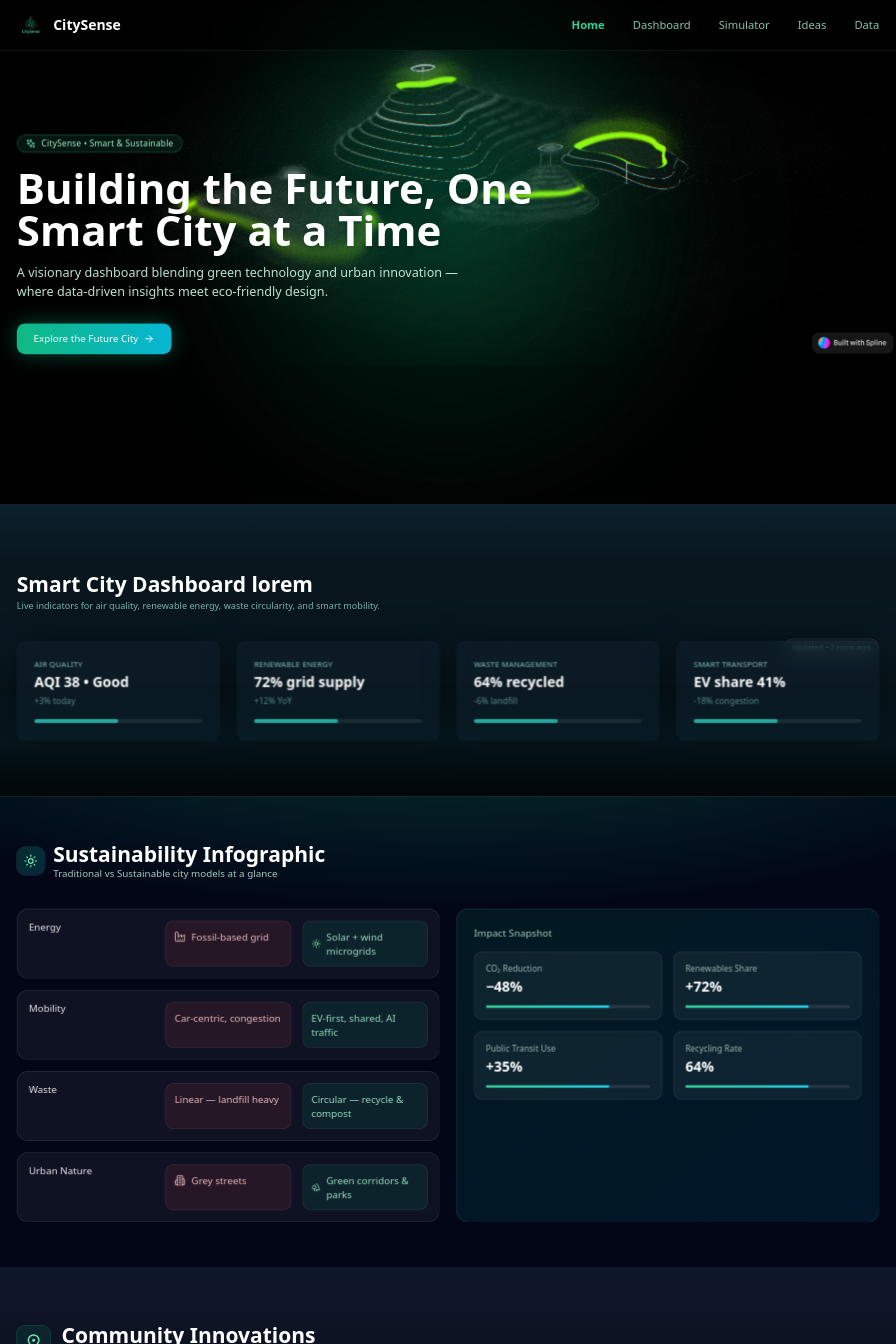
Repository: crashyet/CitySense
Page: /
These files come from the project's save history. The page is drawn as it stood at one moment and after a run of saves; the edit follows.
The browser window is 1280 px wide. The pictures show the part of the page from y = 0 to 1920 px (the page is 2586 px tall), at 70% of full size.
The project was rebuilt for these pictures with package versions that can differ from the ones it lists, and the page was loaded fresh each time. Also part of the build but not shown: vite.config.js, src/components/EnergyPieChart.jsx, src/components/TrafficCongestionChart.jsx, src/components/WeeklyAQIChart.jsx, src/pages/Dashboardpack/index.jsx, src/pages/Simulator/index.jsx, src/pages/Ideas/index.jsx, src/pages/Data/index.jsx.

Above is the page before, as saved 2025-11-18 19:08:25.

### src/App.jsx
import { Routes, Route } from "react-router-dom";

import Landing from "./pages/landing";
import Dashboard from "./pages/Dashboardpack";
import Simulator from "./pages/Simulator";
import Ideas from "./pages/Ideas";
import DataPage from "./pages/Data";

export default function App() {
  return (
    <Routes>
      <Route path="/" element={<Landing />} />
      <Route path="/dashboard" element={<Dashboard />} />
      <Route path="/simulator" element={<Simulator />} />
      <Route path="/ideas" element={<Ideas />} />
      <Route path="/data" element={<DataPage />} />
    </Routes>
  );
}

### src/pages/landing/index.jsx
import Navbar from "../../components/Navbar";
import Footer from "../../components/Footer";

import Hero from "./Hero";
import DashboardPreview from "./DashboardPreview";
import Infographic from "./Infographic";
import Community from "./Community";

export default function Landing() {
  return (
    <>
      <Navbar />

      {/* Section dari halaman Landing */}
      <Hero />
      <DashboardPreview />
      <Infographic />
      <Community />

      <Footer />
    </>
  );
}

### src/components/Navbar.jsx
import { NavLink } from "react-router-dom";
import { useState } from "react";
import Logo from "../assets/logo.png"; // sesuaikan path logo

export default function Navbar() {
  const [open, setOpen] = useState(false);

  const linkClass = ({ isActive }) =>
    isActive
      ? "text-emerald-400 font-semibold"
      : "text-emerald-200/80 hover:text-white";

  return (
    <header className="fixed w-full z-50 bg-black/40 backdrop-blur-xl border-b border-emerald-400/20 px-6 py-4">
      <div className="max-w-7xl mx-auto flex justify-between items-center">

        {/* LOGO */}
        <NavLink to="/" className="flex items-center gap-3">
          <img src={Logo} className="w-10 h-10" />
          <span className="text-xl text-white font-semibold">CitySense</span>
        </NavLink>

        {/* DESKTOP NAV */}
        <nav className="hidden md:flex gap-10">
          <NavLink to="/" className={linkClass}>Home</NavLink>
          <NavLink to="/dashboard" className={linkClass}>Dashboard</NavLink>
          <NavLink to="/simulator" className={linkClass}>Simulator</NavLink>
          <NavLink to="/ideas" className={linkClass}>Ideas</NavLink>
          <NavLink to="/data" className={linkClass}>Data</NavLink>
        </nav>

        {/* MOBILE BUTTON */}
        <button className="md:hidden text-white" onClick={() => setOpen(!open)}>
          {open ? "✖" : "☰"}
        </button>
      </div>

      {/* MOBILE NAV */}
      {open && (
        <div className="md:hidden bg-black/60 backdrop-blur-lg px-6 pb-4 flex flex-col gap-3">
          <NavLink onClick={() => setOpen(false)} to="/" className="text-white">Home</NavLink>
          <NavLink onClick={() => setOpen(false)} to="/dashboard" className="text-white">Dashboard</NavLink>
          <NavLink onClick={() => setOpen(false)} to="/simulator" className="text-white">Simulator</NavLink>
          <NavLink onClick={() => setOpen(false)} to="/ideas" className="text-white">Ideas</NavLink>
          <NavLink onClick={() => setOpen(false)} to="/data" className="text-white">Data</NavLink>
        </div>
      )}
    </header>
  );
}

### src/components/Footer.jsx
import React from "react";

const Footer = () => {
  return (
    <footer id="contact" className="relative w-full bg-black text-white">
      <div className="mx-auto max-w-7xl px-6 py-12">

        <div className="grid grid-cols-1 gap-8 md:grid-cols-4">

          {/* Brand */}
          <div className="col-span-2">
            <h4 className="text-xl font-semibold">CitySense</h4>
            <p className="mt-2 max-w-md text-sm text-emerald-100/80">
              A concept dashboard for smart and sustainable cities — blending
              technology and nature in perfect harmony.
            </p>
          </div>

          {/* Contact */}
          <div>
            <p className="text-sm font-medium text-white/90">Contact</p>
            <ul className="mt-3 space-y-2 text-sm text-emerald-100/80">

              <li className="flex items-center gap-2">
                <svg xmlns="http://www.w3.org/2000/svg" width="24" height="24"
                  viewBox="0 0 24 24" fill="none" stroke="currentColor"
                  strokeWidth="2" strokeLinecap="round" strokeLinejoin="round"
                  className="lucide lucide-mail h-4 w-4 text-emerald-300">
                  <rect width="20" height="16" x="2" y="4" rx="2"></rect>
                  <path d="m22 7-8.97 5.7a1.94 1.94 0 0 1-2.06
                    0L2 7"></path>
                </svg>
                hello@citysense.io
              </li>

              <li className="flex items-center gap-2">
                <svg xmlns="http://www.w3.org/2000/svg" width="24" height="24"
                  viewBox="0 0 24 24" fill="none" stroke="currentColor"
                  strokeWidth="2" strokeLinecap="round" strokeLinejoin="round"
                  className="lucide lucide-phone h-4 w-4 text-emerald-300">
                  <path d="M22 16.92v3a2 2 0 0 1-2.18
                    2 19.79 19.79 0 0 1-8.63-3.07 19.5
                    19.5 0 0 1-6-6 19.79 19.79 0 0
                    1-3.07-8.67A2 2 0 0 1 4.11 2h3a2
                    2 0 0 1 2 1.72 12.84 12.84 0 0
                    0 .7 2.81 2 2 0 0 1-.45
                    2.11L8.09 9.91a16 16 0 0 0 6
                    6l1.27-1.27a2 2 0 0 1 2.11-.45
                    12.84 12.84 0 0 0 2.81.7A2
                    2 0 0 1 22 16.92z"></path>
                </svg>
                +1 (555) 123-4567
              </li>

              <li className="flex items-center gap-2">
                <svg xmlns="http://www.w3.org/2000/svg" width="24" height="24"
                  viewBox="0 0 24 24" fill="none" stroke="currentColor"
                  strokeWidth="2" strokeLinecap="round" strokeLinejoin="round"
                  className="lucide lucide-map-pin h-4 w-4 text-emerald-300">
                  <path d="M20 10c0 6-8 12-8
                    12s-8-6-8-12a8 8 0 0 1
                    16 0Z"></path>
                  <circle cx="12" cy="10" r="3"></circle>
                </svg>
                101 Greenway, Future City
              </li>

            </ul>
          </div>

          {/* Copyright */}
          <div className="md:text-right">
            <p className="text-sm text-emerald-100/80">
              © 2025 CitySense — Smart City, Greener Future.
            </p>
          </div>

        </div>
      </div>
    </footer>
  );
};

export default Footer;

### src/pages/landing/Hero.jsx
// src/components/Hero.jsx
import React from "react";
import Background from "/src/assets/background.png";

const Hero = () => {
  return (
    <section
      className="
        relative
        min-h-screen      /* FULL LAYAR */
        w-full
        overflow-hidden
        bg-black
        text-white
      "
    >
      {/* Gradient Background */}
      <div className="absolute inset-0 pointer-events-none bg-gradient-to-b from-black via-black/40 to-black">
        <div style={{ width: "100%", height: "100%", overflow: "hidden" }}>
          <img src={Background} alt="" className="" />
        </div>
      </div>

      {/* Radial Glow */}
      <div
        className="
          absolute left-1/2 top-[45%]         /* supaya glow tetap di sekitar teks */
          h-[55rem] w-[55rem]
          -translate-x-1/2 -translate-y-1/2
          rounded-full
          bg-[radial-gradient(closest-side,rgba(16,185,129,0.18),transparent)]
          blur-3xl
          contrast-125
        "
      ></div>

      {/* CONTENT – tanpa flex items-center supaya posisi tetap seperti desain */}
      <div className="relative mx-auto max-w-7xl px-6 pt-32 pb-40 sm:pt-40 sm:pb-44 md:pt-48 md:pb-52">

        {/* Badge */}
        <span
          className="
            mb-5 inline-flex items-center gap-2 rounded-full
            border border-emerald-400/30 bg-emerald-400/10
            px-3 py-1 text-xs tracking-wide text-emerald-200
            backdrop-blur
          "
        >
          <svg
            xmlns="http://www.w3.org/2000/svg"
            width="20"
            height="20"
            viewBox="0 0 24 24"
            fill="none"
            stroke="currentColor"
            strokeWidth="2"
            strokeLinecap="round"
            strokeLinejoin="round"
            className="lucide lucide-sparkles h-3.5 w-3.5 text-emerald-300"
          >
            <path d="m12 3-1.912 5.813a2 2 0 0 1-1.275 1.275L3 12l5.813 1.912a2 2 0 0 1 1.275 1.275L12 21l1.912-5.813a2 2 0 0 1 1.275-1.275L21 12l-5.813-1.912a2 2 0 0 1-1.275-1.275L12 3Z"></path>
            <path d="M5 3v4"></path>
            <path d="M19 17v4"></path>
            <path d="M3 5h4"></path>
            <path d="M17 19h4"></path>
          </svg>
          CitySense • Smart & Sustainable
        </span>

        {/* Title */}
        <h1 className="max-w-4xl text-4xl font-semibold leading-tight text-white drop-shadow-md md:text-6xl">
          Building the Future, One Smart City at a Time
        </h1>

        {/* Description */}
        <p className="mt-4 max-w-2xl text-base text-emerald-100/90 md:text-lg leading-relaxed">
          A visionary dashboard blending green technology and urban innovation —
          where data-driven insights meet eco-friendly design.
        </p>

        {/* Button */}
        <div className="mt-8">
          <a
            href="#dashboard"
            className="
              group inline-flex items-center gap-2 rounded-xl
              bg-gradient-to-r from-emerald-500 to-cyan-500
              px-6 py-3 text-sm font-medium text-white
              shadow-[0_0_30px_rgba(16,185,129,0.4)]
              transition hover:shadow-[0_0_45px_rgba(16,185,129,0.6)]
              focus:outline-none focus:ring-2 focus:ring-emerald-400/60
            "
          >
            Explore the Future City
            <svg
              xmlns="http://www.w3.org/2000/svg"
              width="24"
              height="24"
              viewBox="0 0 24 24"
              fill="none"
              stroke="currentColor"
              strokeWidth="2"
              strokeLinecap="round"
              strokeLinejoin="round"
              className="lucide lucide-arrow-right h-4 w-4 transition-transform group-hover:translate-x-0.5"
            >
              <path d="M5 12h14"></path>
              <path d="m12 5 7 7-7 7"></path>
            </svg>
          </a>
        </div>
      </div>
    </section>
  );
};

export default Hero;

### src/pages/landing/DashboardPreview.jsx
import React from "react";


const stats = [
  {
    title: "AIR QUALITY",
    value: "AQI 38 • Good",
    sub: "+3% today",
  },
  {
    title: "RENEWABLE ENERGY",
    value: "72% grid supply",
    sub: "+12% YoY",
  },
  {
    title: "WASTE MANAGEMENT",
    value: "64% recycled",
    sub: "-6% landfill",
  },
  {
    title: "SMART TRANSPORT",
    value: "EV share 41%",
    sub: "-18% congestion",
  },
];

export default function DashboardPreview() {
  return (
    <section
      className="
        relative w-full
        pt-24 pb-20
        bg-gradient-to-b
        from-[#0A141C]   /* Biru gelap bagian atas */
        via-[#08171F]   /* Navy lembut */
        to-[#050A0C]    /* Hitam kebiruan bagian bawah */
        text-white
      "
    >

      {/* GRADIENT ATAS — halus */}
      <div className="absolute top-0 left-0 w-full h-40 bg-gradient-to-b from-[#114055]/30 via-transparent to-transparent pointer-events-none">
      </div>

      <div className="mx-auto max-w-7xl px-6 relative">

        {/* Title & Subtitle */}
        <h2 className="text-3xl font-semibold">Smart City Dashboard lorem
        </h2>
        <p className="text-[13px] text-[#A8F3E6]/70 mt-1">
          Live indicators for air quality, renewable energy, waste circularity, and smart mobility.
        </p>

        {/* Badge */}
        <span
          className="
            absolute right-6 top-24
            text-[11px] text-[#B7FFF5]
            bg-white/5 border border-white/10
            px-3 py-1 rounded-full
          "
        >
          Updated • 2 mins ago
        </span>

        {/* Stats Grid */}
        <div className="grid grid-cols-1 sm:grid-cols-2 lg:grid-cols-4 gap-6 mt-10">

          {stats.map((item, idx) => (
            <div
              key={idx}
              className="
                rounded-xl p-6
                bg-[rgba(16,32,42,0.55)]     /* 🔵 NAVY TRANSLUCENT — mirip screenshot */
                border border-white/5
                backdrop-blur-md
                shadow-[0_0_50px_rgba(0,0,0,0.4)]
                transition
              "
            >
              {/* TITLE */}
              <p className="text-[11px] tracking-wide text-[#A7F1EB]/80">
                {item.title}
              </p>

              {/* VALUE */}
              <h3 className="text-xl font-semibold mt-1">
                {item.value}
              </h3>

              {/* SUBTEXT */}
              <p className="text-[12px] text-[#A7F1EB]/60 mt-1">
                {item.sub}
              </p>

              {/* PROGRESS BAR */}
              <div className="mt-4 h-[6px] w-full rounded-full bg-white/10">
                <div className="h-full w-1/2 rounded-full bg-[#38D6C8]"></div>
              </div>

            </div>
          ))}
        </div>
      </div>

      {/* GRADIENT BAWAH — BIRU KE HITAM */}
      <div className="absolute bottom-0 left-0 w-full h-40
        bg-gradient-to-b from-transparent via-[#05212A]/40 to-[#02070A] pointer-events-none">
      </div>
    </section>
  );
}

### src/pages/landing/Community.jsx
import React from "react";

const ideas = [
  {
    tag: "ENERGY",
    title: "Neighborhood Microgrids",
    desc: "Peer-to-peer energy sharing using rooftop solar and home batteries.",
  },
  {
    tag: "WASTE",
    title: "Smart Waste Rewards",
    desc: "Token incentives for sorting recyclables and compost at source.",
  },
  {
    tag: "MOBILITY",
    title: "EV Carpool Hub",
    desc: "AI-matched commute pools powered by fast-charging hubs.",
  },
  {
    tag: "NATURE",
    title: "Rain Garden Streets",
    desc: "Permeable pavements with native plants to reduce runoff.",
  },
];

const Community = () => {
  return (
    <section className="relative w-full bg-gradient-to-b from-slate-900 to-black text-white py-20">
      <div className="mx-auto max-w-7xl px-6">

        {/* Header */}
        <div className="mb-10 flex items-center gap-4">
          <div className="flex h-12 w-12 items-center justify-center rounded-xl bg-emerald-500/10 ring-1 ring-emerald-500/30">
            <svg
              xmlns="http://www.w3.org/2000/svg"
              width="26"
              height="26"
              viewBox="0 0 24 24"
              fill="none"
              stroke="currentColor"
              strokeWidth="2"
              strokeLinecap="round"
              strokeLinejoin="round"
              className="text-emerald-300"
            >
              <path d="M12 2a7 7 0 0 0-7 7c0 3.87 4 6 7 13 3-7 7-9.13 7-13a7 7 0 0 0-7-7z"></path>
              <circle cx="12" cy="9" r="1"></circle>
            </svg>
          </div>

          <div>
            <h3 className="text-3xl font-semibold">Community Innovations</h3>
            <p className="text-emerald-100/80 text-sm">
              Citizen ideas shaping the next-gen sustainable city
            </p>
          </div>
        </div>

        {/* Ideas Grid */}
        <div className="grid grid-cols-1 md:grid-cols-2 lg:grid-cols-4 gap-6">

          {ideas.map((item, idx) => (
            <div
              key={idx}
              className="group relative rounded-2xl border border-white/10 bg-white/5 p-6 backdrop-blur-md hover:border-emerald-300/40 transition overflow-hidden"
            >
              {/* Glow */}
              <div className="absolute -right-10 -top-10 h-40 w-40 rounded-full bg-gradient-to-br from-emerald-500/20 to-cyan-500/20 opacity-40 blur-2xl"></div>

              <div className="relative">
                <span className="inline-flex items-center rounded-full border border-emerald-300/30 bg-emerald-400/10 px-3 py-1 text-[10px] tracking-wider text-emerald-200 uppercase">
                  {item.tag}
                </span>

                <h4 className="mt-4 text-lg font-semibold">{item.title}</h4>

                <p className="mt-2 text-sm text-emerald-100/80">
                  {item.desc}
                </p>

                <button className="mt-4 inline-flex items-center gap-2 text-sm text-emerald-300 hover:text-emerald-200 transition">
                  Support idea{" "}
                  <svg
                    xmlns="http://www.w3.org/2000/svg"
                    width="20"
                    height="20"
                    viewBox="0 0 24 24"
                    fill="none"
                    stroke="currentColor"
                    strokeWidth="2"
                    strokeLinecap="round"
                    strokeLinejoin="round"
                    className="h-4 w-4"
                  >
                    <path d="M4.5 16.5c-1.5 1.26-2 5-2 5s3.74-.5 5-2c.71-.84.7-2.13-.09-2.91a2.18 2.18 0 0 0-2.91-.09z"></path>
                    <path d="m12 15-3-3a22 22 0 0 1 2-3.95A12.88 12.88 0 0 1 22 2c0 2.72-.78 7.5-6 11a22.35 22.35 0 0 1-4 2z"></path>
                  </svg>
                </button>
              </div>
            </div>
          ))}

        </div>

        {/* Footer CTA */}
        <div className="mt-12 flex flex-col md:flex-row items-center justify-between rounded-2xl border border-white/10 bg-white/5 backdrop-blur p-5">
          <div className="flex items-center gap-3 text-emerald-100/90">
            <svg
              xmlns="http://www.w3.org/2000/svg"
              width="24"
              height="24"
              viewBox="0 0 24 24"
              fill="none"
              stroke="currentColor"
              strokeWidth="2"
              strokeLinecap="round"
              strokeLinejoin="round"
              className="text-emerald-300 h-5 w-5"
            >
              <path d="M16 21v-2a4 4 0 0 0-4-4H6a4 4 0 0 0-4 4v2"></path>
              <circle cx="9" cy="7" r="4"></circle>
              <path d="M22 21v-2a4 4 0 0 0-3-3.87"></path>
              <path d="M16 3.13a4 4 0 0 1 0 7.75"></path>
            </svg>

            <p className="text-sm">Join 12,532 citizens contributing ideas</p>
          </div>

          <a
            href="#"
            className="mt-4 md:mt-0 text-sm text-emerald-300 hover:text-emerald-200 transition"
          >
            Share your idea →
          </a>
        </div>
      </div>
    </section>
  );
};

export default Community;

Loaded but not shown: index.html (common file); src/main.jsx (common file); src/index.css (common file); tailwind.config.js (common file); src/pages/landing/Infographic.jsx (211 lines, source omitted)

After the next 2 saves:
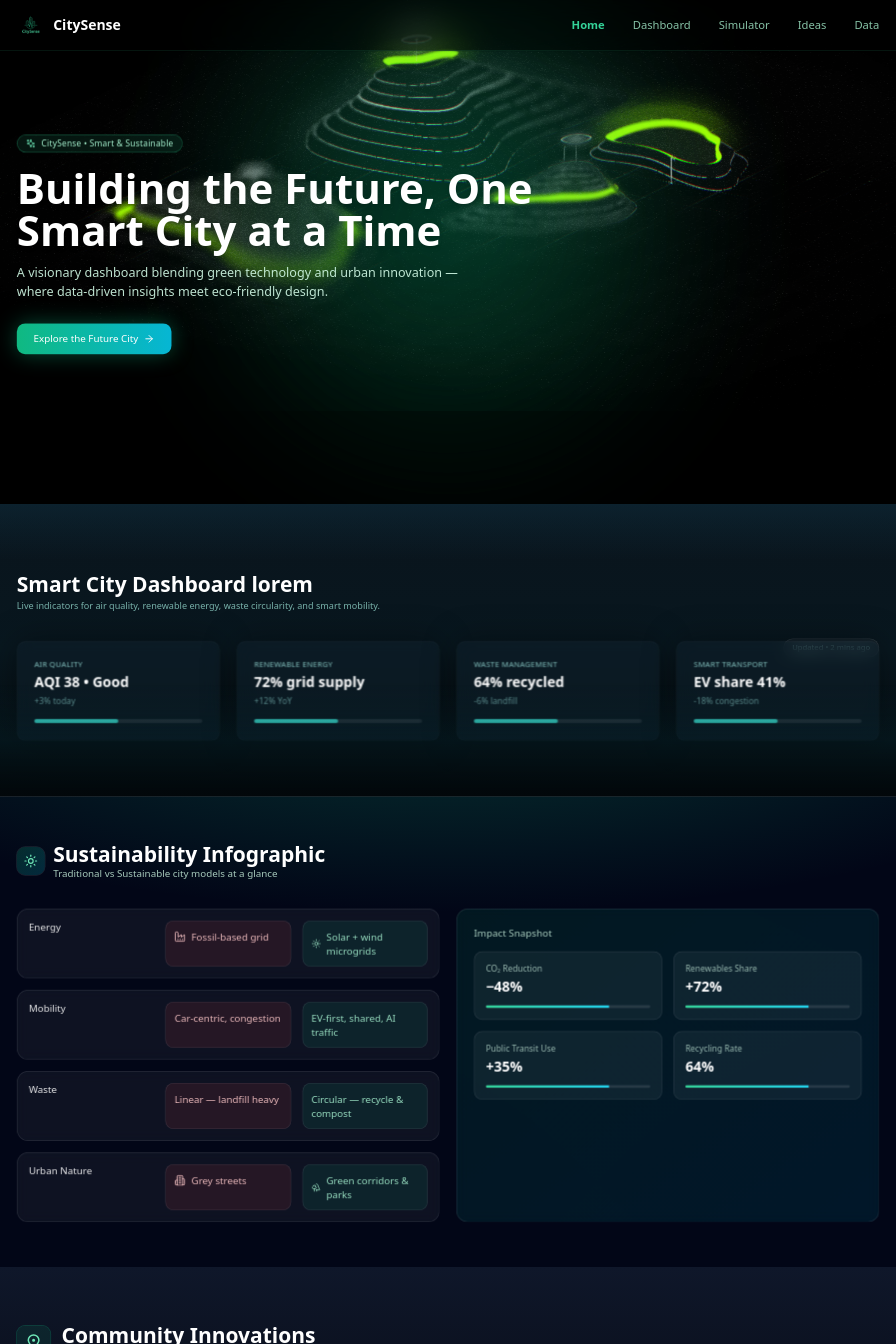
The 2 saves are shown as one change because they came seconds apart.
The last was saved 8 s later.
--- a/src/pages/landing/Hero.jsx
+++ b/src/pages/landing/Hero.jsx
@@ -17,7 +17,7 @@ const Hero = () => {
       {/* Gradient Background */}
       <div className="absolute inset-0 pointer-events-none bg-gradient-to-b from-black via-black/40 to-black">
         <div style={{ width: "100%", height: "100%", overflow: "hidden" }}>
-          <img src={Background} alt="" className="" />
+          <img src={Background} alt="" className="scale-125" />
         </div>
       </div>
 
